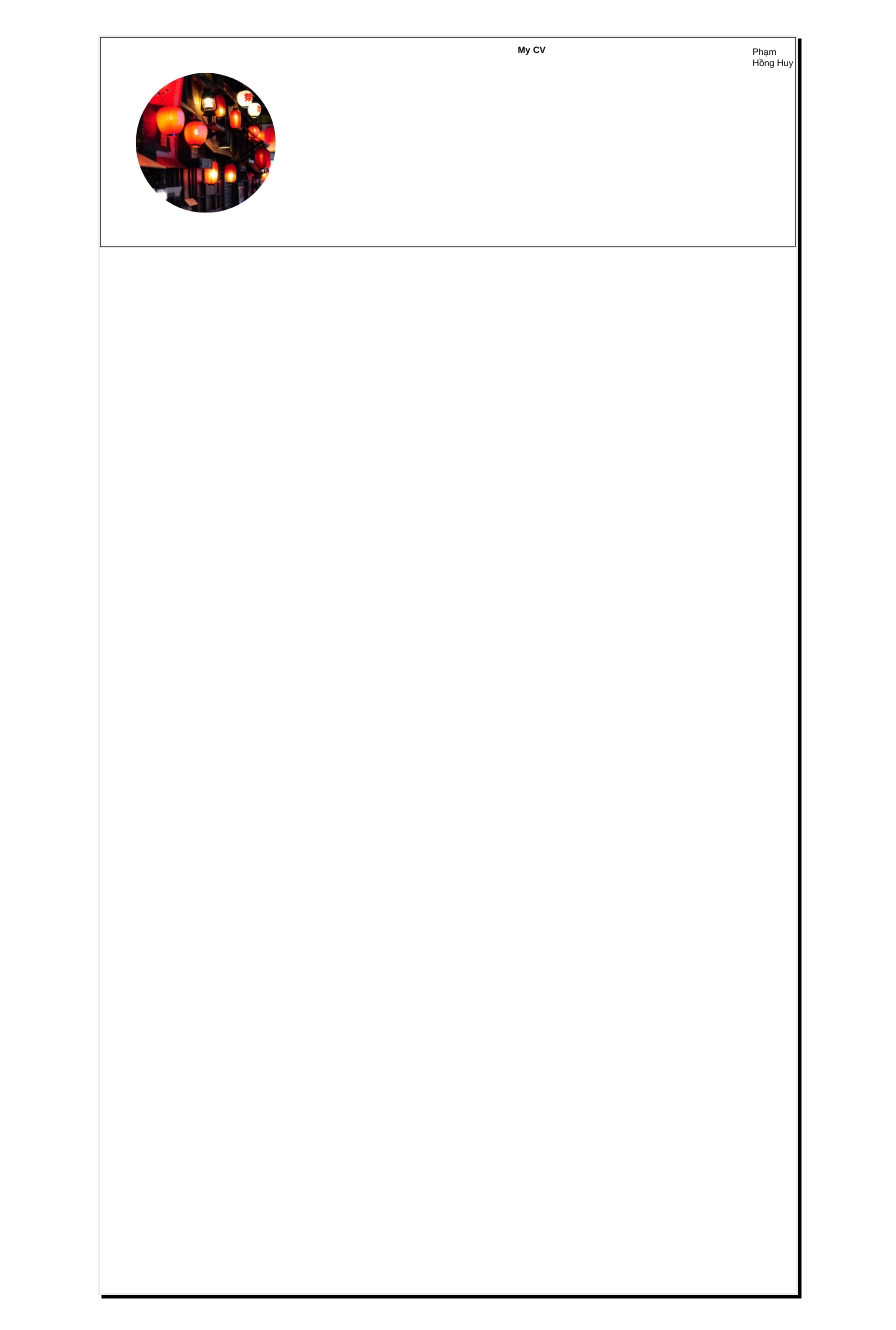
Repository: phamhonghuy/bookstore
Page: index.html
These files come from the project's save history. The page is drawn as it stood at one moment and after a run of saves; the edit follows.
The browser window is 1280 px wide. The pictures show the whole page, at 70% of full size.

Above is the page before, as saved 2021-10-08 23:20:18.

### index.html
<!DOCTYPE html>
<html>
    <head>
        <meta name="viewport" content="width=device-width" />
        <meta  charset="utf-8" />
        <script src="js/script.js"></script>
        <link rel="stylesheet" href="css/style.css">
        <title>My CV</title>
        <link rel="shortcut icon" href="/image/shortcut-icon.png">
    </head>
    <body>
        <div class='header'>
            <img id ='avatar' src="/image/Avatar.jpg">
            <h1>My CV</h1>
            <p id="name">Phạm Hồng Huy</p>

        </div>
    </body>
    <footer></footer>
</html>

### css/style.css
* {
    color:rgb(0, 0, 0);
    font-family: Helvetica;
    font-size: 13px;
    box-sizing: border-box;
}
@font-face {
    font-family:Helvetica;
    src: url(/font/helveticaneue.ttf);
}
body {
    width: 1000px;
    height: 1800px;
    box-shadow: 5px 5px rgb(0, 0, 0);
    margin: 50px auto;
    border: 3px solid #eee;
}

.header{
    display: flex;
    height:300px ;
    border: 1px solid rgb(0, 0, 0);
    wrap: wrap;

}

.header #avatar {
    height: 200px ;
    margin: 50px;
    border-radius: 50%;
}
h1 {
    text-align: center;
    width: 100%;
}

Loaded but not shown: JS/script.js (no copy from this time; the picture is the same without it)

After the next 2 saves:
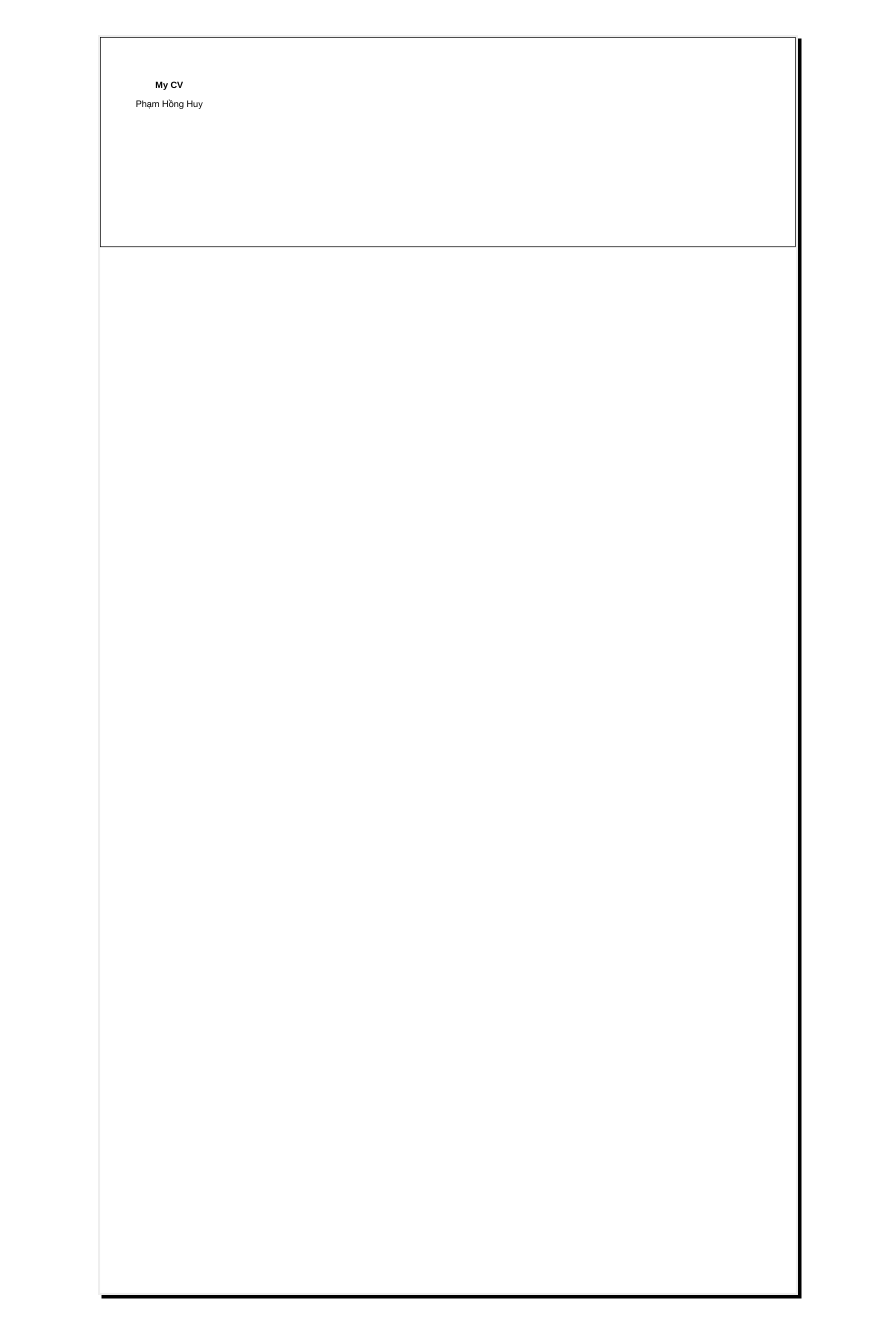
The 2 saves are shown as one change because they came seconds apart.
The last was saved 11 min 46 s later.
--- a/index.html
+++ b/index.html
@@ -10,6 +10,7 @@
     </head>
     <body>
         <div class='header'>
+            <di
             <img id ='avatar' src="/image/Avatar.jpg">
             <h1>My CV</h1>
             <p id="name">Phạm Hồng Huy</p>

After the 2 saves that followed:
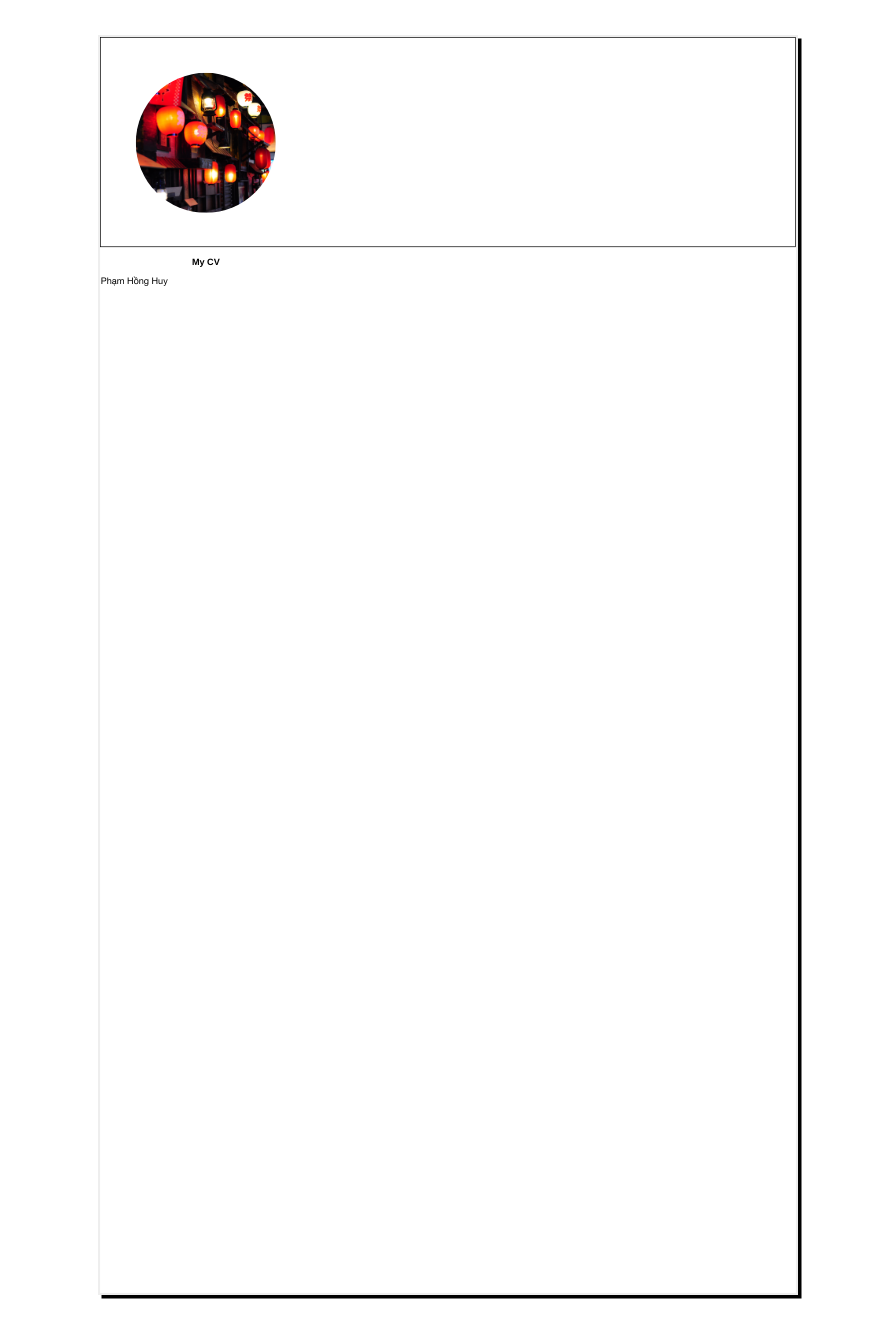
The 2 saves are shown as one change because they came seconds apart.
The last was saved 7 s later.
--- a/index.html
+++ b/index.html
@@ -10,7 +10,7 @@
     </head>
     <body>
         <div class='header'>
-            <di
+            <div class=''>
             <img id ='avatar' src="/image/Avatar.jpg">
             <h1>My CV</h1>
             <p id="name">Phạm Hồng Huy</p>
